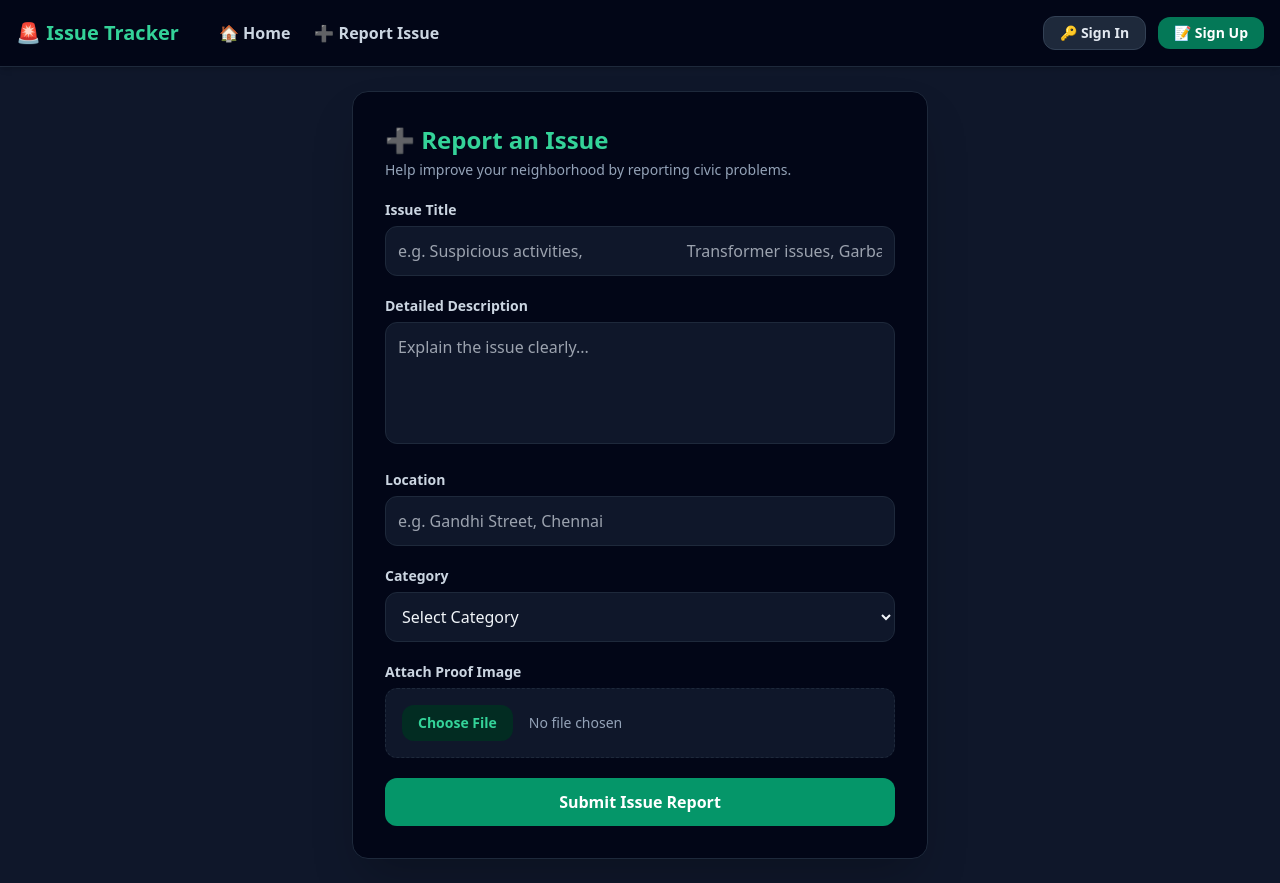
Repository: pugazhendhiprem3-cp/local-issue-management-system-.-.-.
Page: /create-issue (app in my-react-app/)
These files come from the project's save history. The page is drawn as it stood at one moment and after the next save; the edit follows.
The browser window is 1280 px wide. The pictures show the whole page.
The project was rebuilt for these pictures with package versions that can differ from the ones it lists, and the page was loaded fresh each time. Also part of the build but not shown: my-react-app/vite.config.js, my-react-app/src/pages/IssuesFeed.jsx, my-react-app/src/pages/login.jsx, my-react-app/src/pages/Signup.jsx.

Above is the page before, as saved 2026-05-23 14:21:33.

### my-react-app/index.html
<!doctype html>
<html lang="en">
  <head>
    <meta charset="UTF-8" />
    <link rel="icon" type="image/svg+xml" href="/favicon.svg" />
    <meta name="viewport" content="width=device-width, initial-scale=1.0" />
    <title>my-react-app</title>
  </head>
  <body>
    <div id="root"></div>
    <script type="module" src="/src/main.jsx"></script>
  </body>
</html>

### my-react-app/src/App.jsx
import React, { useState, useEffect } from 'react';
import { BrowserRouter as Router, Routes, Route, Link } from 'react-router-dom';

import CreateIssue from './pages/CreateIssue';
import IssuesFeed from './pages/IssuesFeed';
import Login from './pages/Login';
import Signup from './pages/Signup';

// 🟢 Home Page
const Home = () => {
  return (
    <div className="space-y-10">

      {/* Welcome Banner */}
      <div className="text-center mt-12 p-8 bg-slate-950 rounded-xl border border-slate-800 max-w-xl mx-auto shadow-2xl">

        <h1 className="text-3xl font-bold text-emerald-400 mb-4">
          🚨 Local Issue Tracker
        </h1>

        <p className="text-slate-400 mb-6">
          Track and report civic issues in your neighborhood instantly.
        </p>

        <Link
          to="/create-issue"
          className="inline-block bg-emerald-600 hover:bg-emerald-500 text-white font-bold py-2.5 px-6 rounded transition duration-200"
        >
          Report a New Issue Now
        </Link>
      </div>

      {/* Live Feed */}
      <IssuesFeed />

    </div>
  );
};

function App() {

  // 🟢 Authentication State
  const [isAuthenticated, setIsAuthenticated] = useState(false);

  // 🟢 Check token on page load
  useEffect(() => {
    const token = localStorage.getItem('token');
    setIsAuthenticated(!!token);
  }, []);

  // 🟢 Logout Function
  const handleLogout = () => {
    localStorage.removeItem('token');
    localStorage.removeItem('role');

    setIsAuthenticated(false);

    window.location.href = '/';
  };

  return (
    <Router>

      <div className="min-h-screen bg-slate-900 text-white">

        {/* ================= NAVBAR ================= */}
        <nav className="p-4 bg-slate-950 border-b border-slate-800 flex justify-between items-center shadow-md">

          {/* Left Side */}
          <div className="flex gap-6 items-center">

            <div className="text-xl font-bold text-emerald-400 mr-4">
              🚨 Issue Tracker
            </div>

            <Link
              to="/"
              className="text-slate-300 font-semibold hover:text-emerald-400 transition-colors"
            >
              🏠 Home
            </Link>

            <Link
              to="/create-issue"
              className="text-slate-300 font-semibold hover:text-emerald-400 transition-colors"
            >
              ➕ Report Issue
            </Link>

          </div>

          {/* Right Side */}
          <div className="flex gap-3 items-center">

            {isAuthenticated ? (

              // 🟢 SHOW LOGOUT BUTTON
              <button
                onClick={handleLogout}
                className="bg-red-950 hover:bg-red-900 text-red-200 border border-red-800 font-semibold py-1.5 px-4 rounded-xl transition duration-200 text-sm"
              >
                🛑 Sign Out
              </button>

            ) : (

              // 🟢 SHOW LOGIN + SIGNUP
              <>
                <Link
                  to="/login"
                  className="bg-slate-800 hover:bg-slate-700 text-slate-200 border border-slate-700 font-semibold py-1.5 px-4 rounded-xl transition duration-200 text-sm"
                >
                  🔑 Sign In
                </Link>

                <Link
                  to="/signup"
                  className="bg-emerald-700 hover:bg-emerald-600 text-white font-semibold py-1.5 px-4 rounded-xl transition duration-200 text-sm"
                >
                  📝 Sign Up
                </Link>
              </>

            )}

          </div>

        </nav>

        {/* ================= ROUTES ================= */}
        <div className="container mx-auto px-4 py-6">

          <Routes>

            {/* Home */}
            <Route path="/" element={<Home />} />

            {/* Create Issue */}
            <Route path="/create-issue" element={<CreateIssue />} />

            {/* Login */}
            <Route
              path="/login"
              element={
                <Login setIsAuthenticated={setIsAuthenticated} />
              }
            />

            {/* Signup */}
            <Route
              path="/signup"
              element={<Signup />}
            />

          </Routes>

        </div>

      </div>

    </Router>
  );
}

export default App;

### my-react-app/src/pages/CreateIssue.jsx
import React, { useState } from 'react';
import { useNavigate } from 'react-router-dom';
import API from '../services/api';

const CreateIssue = () => {

    // 🟢 Full Form State
    const [formDataState, setFormDataState] = useState({
        title: '',
        description: '',
        location: '',
        category: '',
    });

    const [imageFile, setImageFile] = useState(null);

    const [loading, setLoading] = useState(false);
    const [error, setError] = useState('');

    const navigate = useNavigate();

    // 🟢 Handle Input Changes
    const handleChange = (e) => {
        setFormDataState({
            ...formDataState,
            [e.target.name]: e.target.value
        });
    };

    // 🟢 Handle Image Upload
    const handleFileChange = (e) => {
        setImageFile(e.target.files[0]);
    };

    // 🟢 Submit Form
    const handleSubmit = async (e) => {

        e.preventDefault();

        setLoading(true);
        setError('');

        try {

            // 🟢 MULTIPART FORM DATA
            const formData = new FormData();

            formData.append('title', formDataState.title);
            formData.append('description', formDataState.description);
            formData.append('location', formDataState.location);
            formData.append('category', formDataState.category);

            if (imageFile) {
                formData.append('image', imageFile);
            }

            // 🟢 API REQUEST
            await API.post('/issues', formData, {
                headers: {
                    'Content-Type': 'multipart/form-data'
                }
            });

            alert('🎉 Issue Report Submitted Successfully!');

            navigate('/');

        } catch (err) {

            console.error(err);

            setError(
                err.response?.data ||
                'Failed to submit issue.'
            );

        } finally {
            setLoading(false);
        }
    };

    return (

        <div className="flex justify-center items-center min-h-[80vh]">

            <form
                onSubmit={handleSubmit}
                className="bg-slate-950 border border-slate-800 p-8 rounded-2xl shadow-2xl w-full max-w-xl space-y-5"
            >

                {/* HEADER */}
                <div>

                    <h2 className="text-2xl font-bold text-emerald-400">
                        ➕ Report an Issue
                    </h2>

                    <p className="text-slate-400 text-sm mt-1">
                        Help improve your neighborhood by reporting civic problems.
                    </p>

                </div>

                {/* ERROR */}
                {error && (
                    <div className="bg-red-950/50 border border-red-800 text-red-400 text-sm p-3 rounded-xl text-center">
                        ⚠️ {error}
                    </div>
                )}

                {/* TITLE */}
                <div>

                    <label className="block text-sm font-semibold text-slate-300 mb-1.5">
                        Issue Title
                    </label>

                    <input
                        type="text"
                        name="title"
                        value={formDataState.title}
                        onChange={handleChange}
                        placeholder="e.g. Suspicious activities,
                         Transformer issues, Garbage not collected, , Broken CCTV cameras"
                        required
                        className="w-full p-3 rounded-xl bg-slate-900 border border-slate-800 focus:outline-none focus:border-emerald-500 text-slate-100"
                    />

                </div>

                {/* DESCRIPTION */}
                <div>

                    <label className="block text-sm font-semibold text-slate-300 mb-1.5">
                        Detailed Description
                    </label>

                    <textarea
                        name="description"
                        value={formDataState.description}
                        onChange={handleChange}
                        placeholder="Explain the issue clearly..."
                        required
                        rows="4"
                        className="w-full p-3 rounded-xl bg-slate-900 border border-slate-800 focus:outline-none focus:border-emerald-500 text-slate-100 resize-none"
                    />

                </div>

                {/* LOCATION */}
                <div>

                    <label className="block text-sm font-semibold text-slate-300 mb-1.5">
                        Location
                    </label>

                    <input
                        type="text"
                        name="location"
                        value={formDataState.location}
                        onChange={handleChange}
                        placeholder="e.g. Gandhi Street, Chennai"
                        className="w-full p-3 rounded-xl bg-slate-900 border border-slate-800 focus:outline-none focus:border-emerald-500 text-slate-100"
                    />

                </div>

                {/* CATEGORY */}
                <div>

                    <label className="block text-sm font-semibold text-slate-300 mb-1.5">
                        Category
                    </label>

                    <select
                        name="category"
                        value={formDataState.category}
                        onChange={handleChange}
                        className="w-full p-3 rounded-xl bg-slate-900 border border-slate-800 focus:outline-none focus:border-emerald-500 text-slate-100"
                    >
                        <option value="">Select Category</option>
                        <option value="ROAD">Road</option>
                        <option value="WATER">Water</option>
                        <option value="ELECTRICAL">Electrical</option>
                        <option value="GARBAGE">Garbage</option>
                        <option value="DRAINAGE">Drainage</option>
                        <option value="STREETLIGHT">Street Light</option>
                        <option value="OTHERS">Others</option>
                    </select>

                </div>

                {/* IMAGE */}
                <div>

                    <label className="block text-sm font-semibold text-slate-300 mb-1.5">
                        Attach Proof Image
                    </label>

                    <div className="w-full bg-slate-900 border border-slate-800 rounded-xl p-4 border-dashed">

                        <input
                            type="file"
                            accept="image/*"
                            onChange={handleFileChange}
                            className="w-full text-sm text-slate-400 file:mr-4 file:py-2 file:px-4 file:rounded-xl file:border-0 file:text-sm file:font-semibold file:bg-emerald-950 file:text-emerald-400 hover:file:bg-emerald-900 cursor-pointer"
                        />

                    </div>

                </div>

                {/* BUTTON */}
                <button
                    type="submit"
                    disabled={loading}
                    className="w-full bg-emerald-600 hover:bg-emerald-500 disabled:bg-emerald-800 text-white font-bold p-3 rounded-xl transition duration-200"
                >
                    {loading ? 'Submitting...' : 'Submit Issue Report'}
                </button>

            </form>

        </div>
    );
};

export default CreateIssue;

### my-react-app/src/services/api.js
import axios from 'axios';

const API = axios.create({
    baseURL: 'http://localhost:8080'
});

// Automatically intercept every outgoing HTTP request and attach the JWT token
API.interceptors.request.use((config) => {
    const token = localStorage.getItem('token');
    if (token) {
        config.headers.Authorization = `Bearer ${token}`;
    }
    return config;
}, (error) => {
    return Promise.reject(error);
});

export default API;

Loaded but not shown: my-react-app/src/main.jsx (common file); my-react-app/src/index.css (common file); my-react-app/tailwind.config.js (common file)

After the next save:
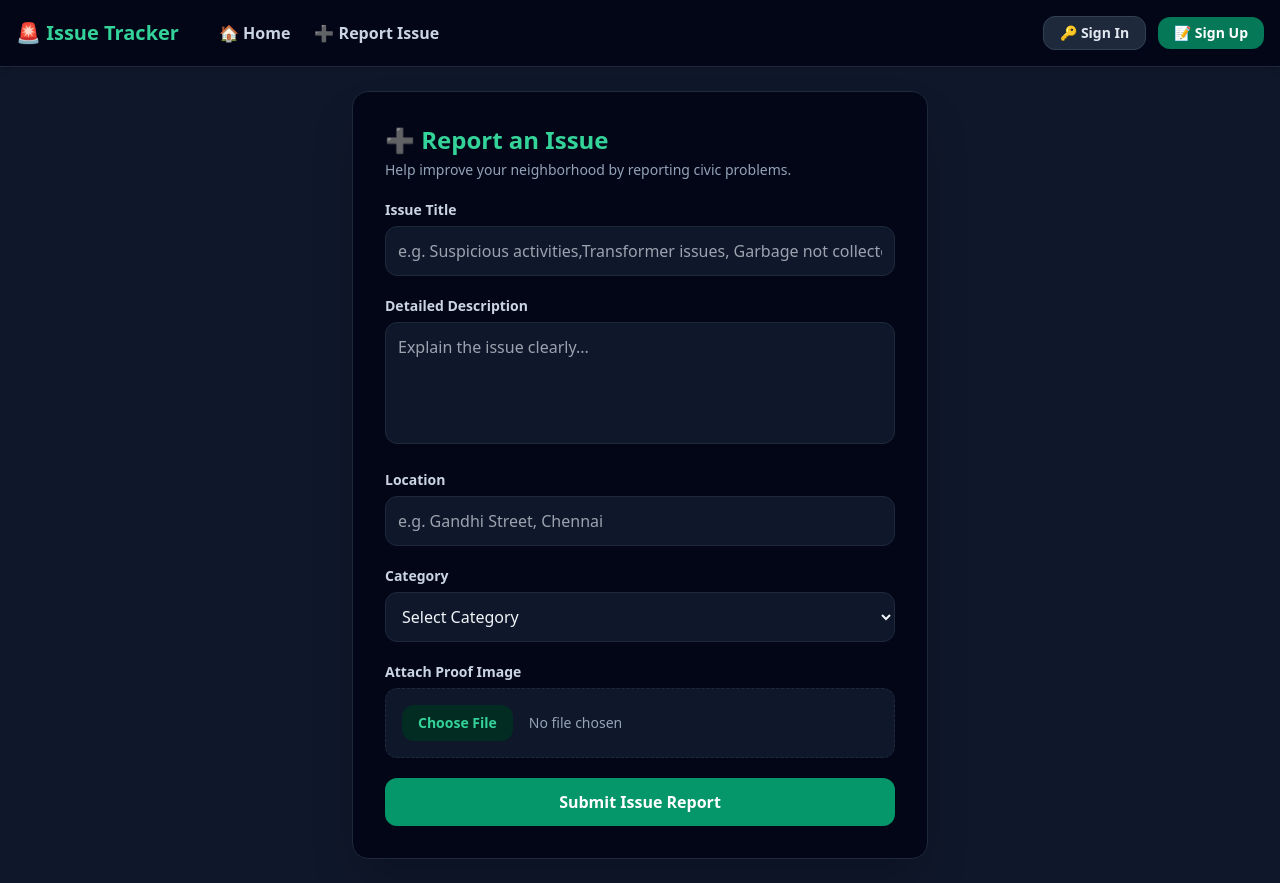
Saved 6 s later.
--- a/my-react-app/src/pages/CreateIssue.jsx
+++ b/my-react-app/src/pages/CreateIssue.jsx
@@ -120,8 +120,7 @@ const CreateIssue = () => {
                         name="title"
                         value={formDataState.title}
                         onChange={handleChange}
-                        placeholder="e.g. Suspicious activities,
-                         Transformer issues, Garbage not collected, , Broken CCTV cameras"
+                        placeholder="e.g. Suspicious activities,Transformer issues, Garbage not collected, , Broken CCTV cameras"
                         required
                         className="w-full p-3 rounded-xl bg-slate-900 border border-slate-800 focus:outline-none focus:border-emerald-500 text-slate-100"
                     />
